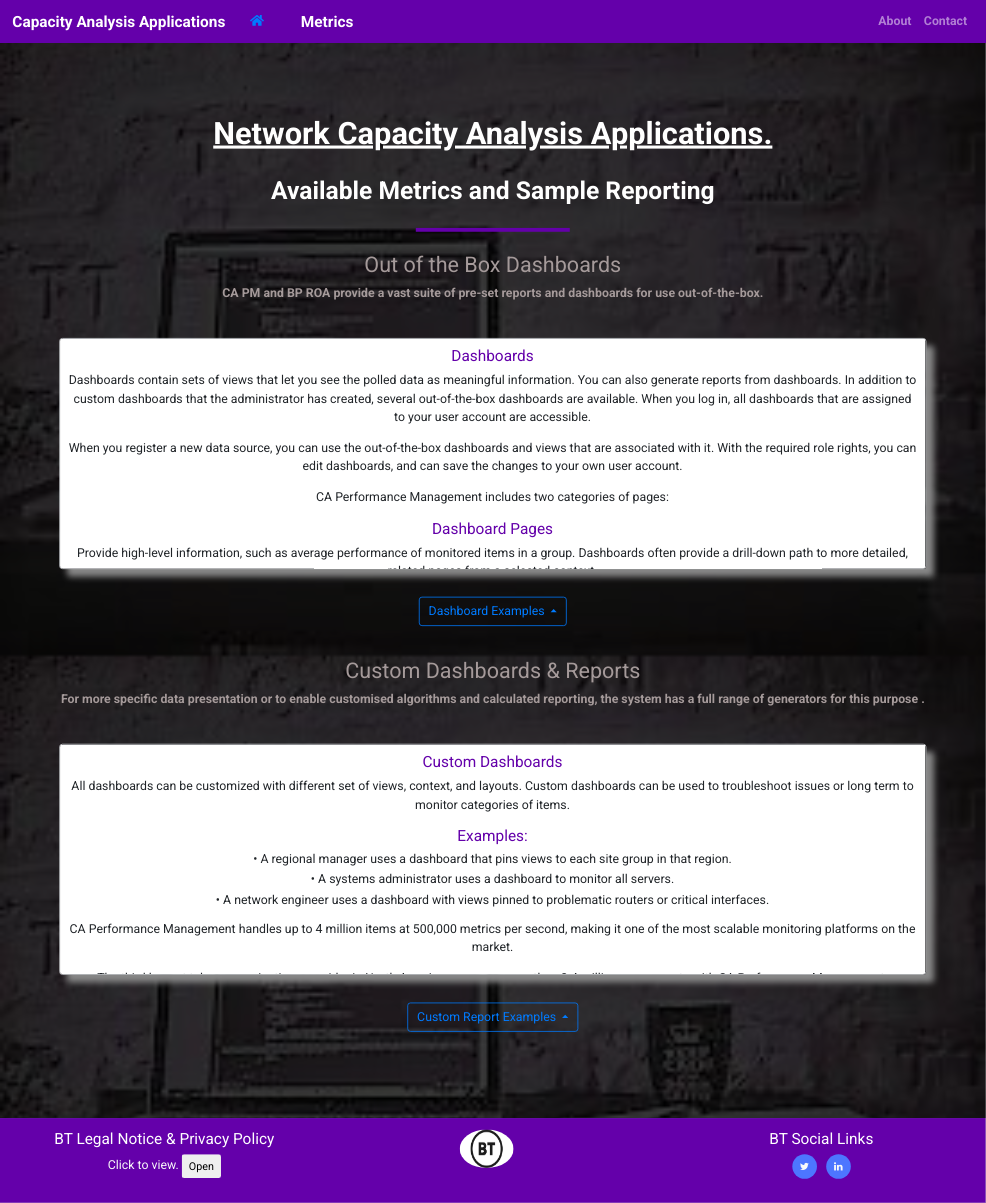
Repository: Mofarrell1967/Application-Manager
Page: metrics.html
The author's editor kept a record of every edit. The page is drawn from the files as they stood at one moment, then again after the next edit.
The browser window is 1280 px wide. The pictures show the whole page, at 77% of full size.
Backgrounds fixed to the window are drawn as part of the page. Some web libraries are served in a nearby version.

Above is the page before.

### metrics.html
<!DOCTYPE html>
<html lang="en-us">

<head>
    <meta charset="utf-8">
    <meta name="viewport" content="width=device-width, initial-scale=1.0">
    <link rel="stylesheet" href="https://maxcdn.bootstrapcdn.com/bootstrap/4.1.3/css/bootstrap.min.css">
    <link rel="stylesheet" href="https://use.fontawesome.com/releases/v5.6.1/css/all.css" integrity="sha384-gfdkjb5BdAXd+lj+gudLWI+BXq4IuLW5IT+brZEZsLFm++aCMlF1V92rMkPaX4PP" crossorigin="anonymous">
    <link rel="stylesheet" href="https://stackpath.bootstrapcdn.com/font-awesome/4.7.0/css/font-awesome.min.css" type="text/css" />
    <link href="https://fonts.googleapis.com/css?family=Roboto:400,700" rel="stylesheet">
    <link rel="stylesheet" href="css/main.css" type="text/css" />
    <title>Application Manager</title>
</head>

<body>


    <!-- Nav Bar Start -->

    <nav class="navbar no-gutters fixed-top navbar-dark navbar-expand-sm">
        <a href="index.html" class="navbar-brand">Capacity Analysis Applications</a>
        <ul class="navbar-nav navbar-brand"></ul>
        <a href="index.html"><i class="fas fa-home"></i></a>
        <ul class="navbar-nav navbar-brand">
            <li class="nav-item ml-5">Metrics</li>
        </ul>


        <button class="navbar-toggler ml-auto" type="button" data-toggle="collapse" data-target="#navbarNavDropdown" aria-controls="navbarNavDropdown" aria-expanded="false">
        <span class="navbar-toggler-icon"></span></button>

        <div class="collapse navbar-collapse" id="navbarNavDropdown">
            <ul class="navbar-nav ml-auto">
                <li class="nav-item"><a class="nav-link" href="about.html">About</a></li>
                <li class="nav-item"><a class="nav-link" href="contact.html">Contact</a></li>
            </ul>
        </div>
    </nav>

    <!-- Nav Bar End -->


    <!-- Jumbotron Start -->

    <div class="container-fluid callout-container">
        <div class="opaque-overlay">&nbsp;</div>
        <div class="row">
            <div class="col-12">
                <section class="callout jumbotron text-center">
                    <h1>Network Capacity Analysis Applications.</h1>
                    <h2>Available Metrics and Sample Reporting</h2>
                    <hr class="block-divider">

                    <!-- Matrics Section Start -->

                    <div class="metrics-header">

                        <h3>Out of the Box Dashboards</h3>
                        <p>CA PM and BP ROA provide a vast suite of pre-set reports and dashboards for use out-of-the-box.</p>
                     </div>

                    <section class="container-fluid">
                        <div class="row">
                            <div class="col border data-scroll metrics-form">

                                <h5>Dashboards</h5>

                                <p>Dashboards contain sets of views that let you see the polled data as meaningful information. You can also generate reports from dashboards. In addition to custom dashboards that the administrator has created,
                                several out-of-the-box dashboards are available. When you log in, all dashboards that are assigned to your user account are accessible.</p>
                                <p>When you register a new data source, you can use the out-of-the-box dashboards and views that are associated with it. With the required role rights, you can edit dashboards,
                                and can save the changes to your own user account. </p>
                                <p>CA Performance Management includes two categories of pages:</p>
                                <h5>Dashboard Pages</h5>
                                <p>Provide high-level information, such as average performance of monitored items in a group. Dashboards often provide a drill-down path to more detailed, related pages from a selected context.</p>
                                <h5>Context Pages</h5>
                                <p>Provide focused performance and status data that is scoped to a specific item, such as a single router or server. These pages are available as drill-down links or tabs from dashboard pages.</p>
                                <h5> Visibility into traditional and SDNs for operational simplicity</h5>
                                <p>CA Virtual Network Assurance seamlessly integrates with CA Performance Management to provide the most comprehensive network monitoring solution for traditional and new SDNs.</p>
                            </div>
                        </div>
                    </section>

                    <div class="row">
                        <div class="col-lg">
                            <div class="btn-group dropup modal-body">
                                <a class="btn btn-outline-primary dropdown-toggle" href="#" role="button" id="dropdownMenuLink" data-toggle="dropdown" aria-haspopup="true" aria-expanded="false">
                    Dashboard Examples </a>
                                <div class="dropdown-menu" aria-labelledby="dropdownMenuLink">
                                    <a target="_blank" class="dropdown-item" href="documents/dashboard/Availability.pdf">Availability Dashboard</a>
                                   <a target="_blank" class="dropdown-item" href="documents/dashboard/CPU.pdf">CPU Memory Dashboard</a>
                                   <a target="_blank" class="dropdown-item" href="documents/dashboard/General.pdf">General Processing</a>
                                   <a target="_blank" class="dropdown-item" href="documents/dashboard/Overview.pdf">Infrastructure Overview</a>
                                    <a target="_blank" class="dropdown-item" href="documents/dashboard/Status.pdf">Status Card View</a>
                                   <a target="_blank" class="dropdown-item" href="documents/dashboard/Inventory.pdf">Inventory Hierarchy</a>
                                   <a target="_blank" class="dropdown-item" href="documents/dashboard/Summary.pdf">Summary Metrics</a>
                                   <a target="_blank" class="dropdown-item" href="documents/dashboard/Trend.pdf">Trend Dashboard</a>
                                </div>
                            </div>
                        </div>
                    </div>


                    <div class="metrics-header">
                        <h3>Custom Dashboards & Reports</h3>
                        <p>For more specific data presentation or to enable customised algorithms and calculated reporting, the system has a full range of generators for this purpose .</p>
                    </div>
                    <section class="container-fluid">
                        <div class="row">
                            <div class="col border data-scroll metrics-form">

                                <h5>Custom Dashboards</h5>

                                <p>All dashboards can be customized with different set of views, context, and layouts. Custom dashboards can be used to troubleshoot issues or long term to monitor categories of items.</p>
                                <h5>Examples:</h5>
                                    <h6>•	A regional manager uses a dashboard that pins views to each site group in that region.</h6>
                                    <h6>•	A systems administrator uses a dashboard to monitor all servers.</h6>
                                    <h6>•	A network engineer uses a dashboard with views pinned to problematic routers or critical interfaces.</h6>

                                </p>
                                <p>CA Performance Management handles up to 4 million items at 500,000 metrics per second, making it one of the most scalable monitoring platforms on the market.</p>
                                <p>The third largest telecommunications provider in North America manages more than 2.4 million components with CA Performance Management.</p>
                                <p>70% of surveyed IT organizations said their network operations IT team is more proactive when troubleshooting network performance issues with CA Performance Management.</p>
                                <p>60% of surveyed IT organizations increased the speed of mean time to resolution (MTTR) after adopting CA Performance Management.</p>
                                <p>CA Performance Management enables $2.85 million average savings in operational and administrative costs.</p>
                                <h5> Visibility into traditional and SDNs for operational simplicity</h5>
                                <p>CA Virtual Network Assurance seamlessly integrates with CA Performance Management to provide the most comprehensive network monitoring solution for traditional and new SDNs.</p>
                            </div>
                        </div>
                    </section>

                    <div class="row">
                        <div class="col-lg">
                            <div class="btn-group dropup modal-body">
                                <a class="btn btn-outline-primary dropdown-toggle" href="#" role="button" id="dropdownMenuLink1" data-toggle="dropdown" aria-haspopup="true" aria-expanded="false">
                    Custom Report Examples </a>
                                <div class="dropdown-menu" aria-labelledby="dropdownMenuLink1">
                                    <a target="_blank" class="dropdown-item" href="documents/custom/cabi-trend.pdf">CABI Custom Trend</a>
                                    <a target="_blank" class="dropdown-item" href="documents/custom/cabi-graph.pdf">CABI Custom Graph</a>
                                    <a target="_blank" class="dropdown-item" href="documents/custom/cabi-situations.pdf">CABI Situations to Watch</a>
                                    <a target="_blank" class="dropdown-item" href="documents/custom/bi-direction.pdf">Bi-Direction Report</a>
                                     <a target="_blank" class="dropdown-item" href="documents/custom/group-interface.pdf">Group Interface Report</a>
                                     <a target="_blank" class="dropdown-item" href="documents/custom/group-report.pdf">Group Report</a>
                                     <a target="_blank" class="dropdown-item" href="documents/custom/multitrend.pdf">Multi-Trend Report</a>
                                </div>
                            </div>
                        </div>
                    </div>

                    <!-- Matrics Section End -->


                </section>
            </div>
        </div>
    </div>

    <!-- Jumbotron End -->


    <!-- Footer Modal Start -->


    <div class="modal" tabindex="-1" role="dialog" id="PPModal">
        <div class="modal-dialog modal-dialog-scrollable">
            <div class="modal-content">
                <div class="modal-header">
                    <h5 class="modal-title">Legal Notice & Privacy Policy</h5>
                    <button type="button" class="close" data-dismiss="modal" aria-label="Close">
          <span aria-hidden="true">&times;</span>
        </button>
                </div>
                <div class="modal-body">
                    <h3>General Disclaimer</h3>

                    <p>BT has taken every effort to ensure the content accuracy of website, but neither BT nor its contractors accept responsibility for any errors or omissions in such content.</p>
                    <p>Neither BT nor any third party who provides content to this website shall liable in respect of the content or its accuracy. You, the User, access the site and use the content, products and services at your own risk.</p>
                    <p>BT disclaims all responsibility and liability of any description including liability for negligence, incidental or consequential damages and or loss (to include loss of profits, loss of use or loss of data) suffered by any person acting
                        or refraining from acting as a result of or in connection with material on this website to include any reliance placed by such person on such material, or the viewing , use or performance of this website or its contents, whether
                        with the required authority or otherwise.
                        <p>BT may at any time revise, amend, alter or delete this information without liability.</p>
                        <p>This website is governed, interpreted and construed in accordance with the law in the Republic of Ireland, whose courts have exclusive jurisdiction over any disputes or actions arising on this website</p>
                        <h3>ComReg Code for Tariff Presentation</h3>
                        <p>BT is required to adhere to the principles set out in the ComReg Code for Tariff Presentation. This Code requires the presentation of accurate and comprehensive tariff information that is accessible to the consumer. BT complies
                            with the Code, a full copy of which can be accessed on the ComReg website.</p>
                        <h3>Privacy Notice</h3>
                        <h4>Who is BT?</h4>
                        <p> BT Communications Ireland Limited (‘BT’) is a wholly owned subsidiary of BT Group plc, and a fully integrated division of BT Major and Public Sector. BT Communications Ireland Limited, trading as BT or BT Ireland, is registered
                            in Ireland under number company registration number 141524 and its registered address is BT, Grand Canal Plaza, Upper Grand Canal Street, Dublin 4, Republic of Ireland, Tel: +353 1 432 5000 Freephone: 1800 923 222</p>
                        <h4>Why does BT have a Privacy Notice?</h4>
                        <p>At BT, we take privacy very seriously. Protecting your information and respecting your privacy is fundamental to the way we do things. If you want to know more about how we collect and use your personal information in different
                            situations, have a look at the dedicated sections of the Privacy Centre here www.btplc.com/privacycentre/index.htm</p>
                        <p>Please read the policies in the Privacy Centre along with the terms and conditions of any particular service you’re using. We may change the policies in our Privacy Centre from time to time. We’ll publish any new policies on our
                            Privacy Centre, any other relevant websites and our terms and conditions (if applicable).By visiting and browsing our website and using our services you indicate your agreement to our use of your personal information as set
                            out in this Privacy Policy. We may change our privacy policy from time to time.</p>
                        <h4>What is not covered by the Privacy notice?</h4>
                        <p>Third party sites, applications and social media, including products and services that you can link to from our websites aren’t covered by the policies in our Privacy Centre, so we urge you to be careful when you enter any personal
                            information online or use applications and social media features. You should review the privacy policy of such sites before providing your personal information. As we don’t control those third party sites and their practices,
                            we don’t accept any responsibility or liability for these sites.</p>
                        <h4>What about when I visit your websites?</h4>
                        <p>For details about information we collect when you visit our websites and the cookies we use please click the link here http://www.btplc.com/privacycentre/Onlineprivacy/index.htm.</p>
                        <h4>How can I find out what personal information BT holds about me and change it if inaccurate?</h4>
                        <p>If you want a copy of your billing information, log on to your MyBT online account or you can contact BT Ireland by phone, at Tel: 1800 924 929 or at the addresses listed below. BT Ireland, 2 Grand Canal Plaza, Upper Grand Canal
                            Street, Dublin 4.Alternatively you can contact us through our online Customer Enquiry form. (You must be the account holder to ask for this information.) If you want to see what contact information we hold about you, you can
                            also log in to your account. It’s quick and simple to access it this way. You can also ask us for a copy of the information we hold about you using our online form here. Or write to us at BT to the Data Protection Manager,
                            BT Ireland, 2 Grand Canal Plaza, Upper Grand Canal Street, Dublin 4. If you work for one of our corporate customers, please ask your employer – they’ll ask for this on your behalf. It will normally take us up to one month to
                            get back to you but could take longer (up to a further two months) if it’s a complicated request or we get a lot of requests at once. We’ll reply electronically unless you ask us to send the information by post.</p>
                </div>
                <button type="button" class="btn btn-danger" data-dismiss="modal">Close</button>
            </div>
        </div>
    </div>



    <!-- Footer Modal End -->



    <!-- Page Footer Start -->


    <footer class="container-fluid footer text-center">
        <div class="row">
            <div class="col-sm-4">
                <h5 class="uppercase">BT Legal Notice & Privacy Policy</h5>
                <p class="inline-block">
                    Click to view.
                    <button class="btn btn-sm" data-toggle="modal" data-target="#PPModal">Open</button></p>
            </div>
            <div class="d-none d-sm-block col-sm-4">
                <a target="_blank" href="https://btireland.com/"><img src="images/bt.jpg" class="rounded-circle mr-3" height=50 width=70 alt="No Image available/"></a>
            </div>
            <div class="col-sm-4">
                <h5 class="uppercase">BT Social Links</h5>
                <ul class="list-inline sm-links">
                    <li class="list-inline-item">
                        <a target="_blank" href="https://twitter.com/btinireland">
                            <i class="fa fa-twitter" aria-hidden="true"></i>
                            <span class="sr-only">Twitter</span></a>
                    </li>
                    <li class="list-inline-item">
                        <a target="_blank" href="https://www.linkedin.com/company/bt-ireland">
                            <i class="fa fa-linkedin" aria-hidden="true"></i>
                            <span class="sr-only">LinkedIn</span> </a>
                    </li>
                </ul>
            </div>
        </div>
    </footer>

    <!-- Page Footer End -->


    <!-- Script Start -->

    <script src="https://code.jquery.com/jquery-3.3.1.slim.min.js" integrity="sha384-q8i/X+965DzO0rT7abK41JStQIAqVgRVzpbzo5smXKp4YfRvH+8abtTE1Pi6jizo" crossorigin="anonymous"></script>
    <script src="https://cdnjs.cloudflare.com/ajax/libs/popper.js/1.14.3/umd/popper.min.js" integrity="sha384-ZMP7rVo3mIykV+2+9J3UJ46jBk0WLaUAdn689aCwoqbBJiSnjAK/l8WvCWPIPm49" crossorigin="anonymous"></script>
    <script src="https://stackpath.bootstrapcdn.com/bootstrap/4.1.3/js/bootstrap.min.js" integrity="sha384-ChfqqxuZUCnJSK3+MXmPNIyE6ZbWh2IMqE241rYiqJxyMiZ6OW/JmZQ5stwEULTy" crossorigin="anonymous"></script>

    <!-- Script End -->

</body>

</html>

Loaded but not shown: css/main.css (301 lines, source omitted)

After the next edit:
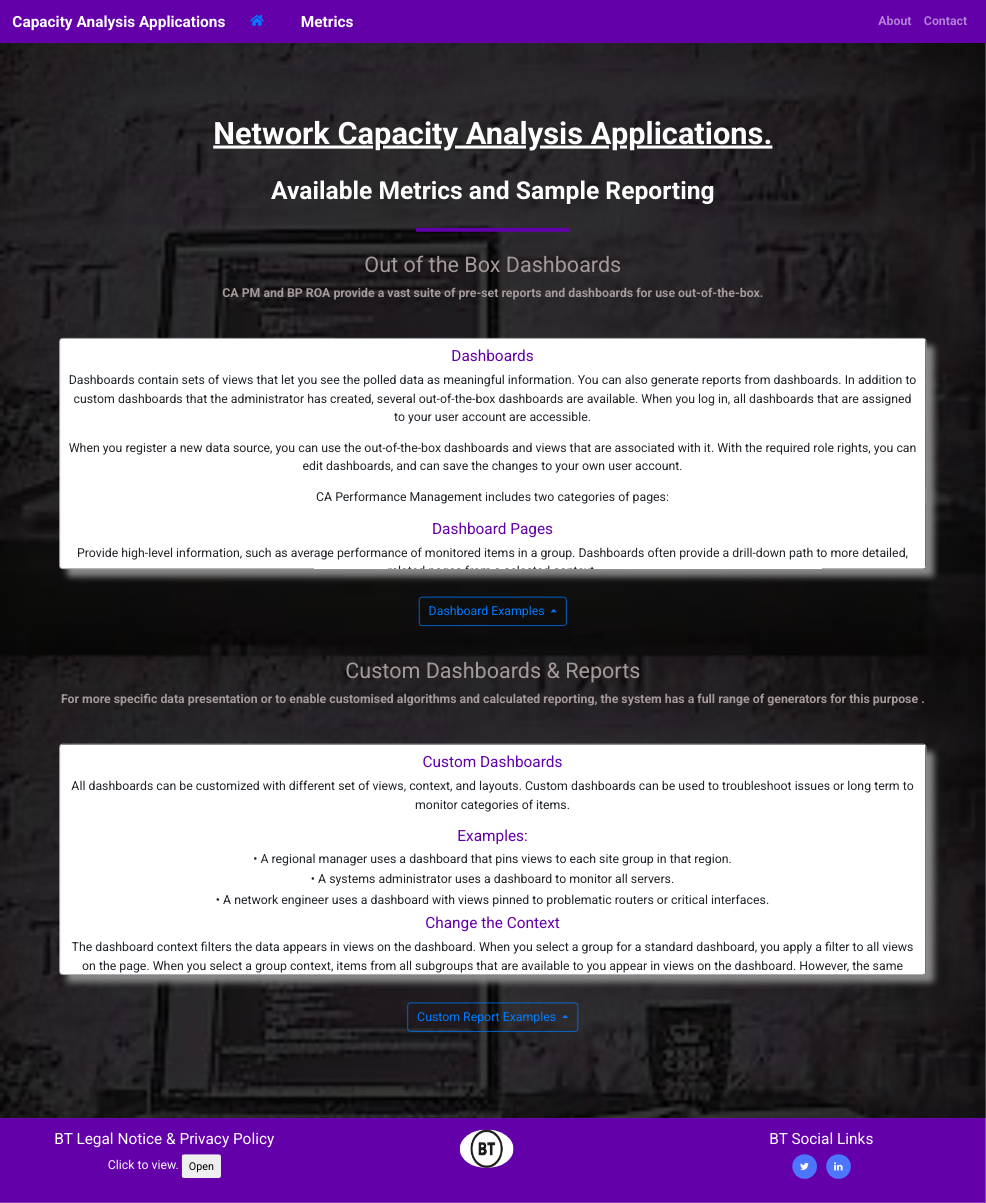
The edit:
--- a/metrics.html
+++ b/metrics.html
@@ -116,8 +116,9 @@
                                     <h6>•	A systems administrator uses a dashboard to monitor all servers.</h6>
                                     <h6>•	A network engineer uses a dashboard with views pinned to problematic routers or critical interfaces.</h6>
 
-                                </p>
-                                <p>CA Performance Management handles up to 4 million items at 500,000 metrics per second, making it one of the most scalable monitoring platforms on the market.</p>
+                                <h5>Change the Context</h5>
+                                <p>The dashboard context filters the data appears in views on the dashboard. When you select a group for a standard dashboard, you apply a filter to all views on the page.
+                                When you select a group context, items from all subgroups that are available to you appear in views on the dashboard. However, the same subgroups might not appear on the Items tab in Group administration.</p>
                                 <p>The third largest telecommunications provider in North America manages more than 2.4 million components with CA Performance Management.</p>
                                 <p>70% of surveyed IT organizations said their network operations IT team is more proactive when troubleshooting network performance issues with CA Performance Management.</p>
                                 <p>60% of surveyed IT organizations increased the speed of mean time to resolution (MTTR) after adopting CA Performance Management.</p>
